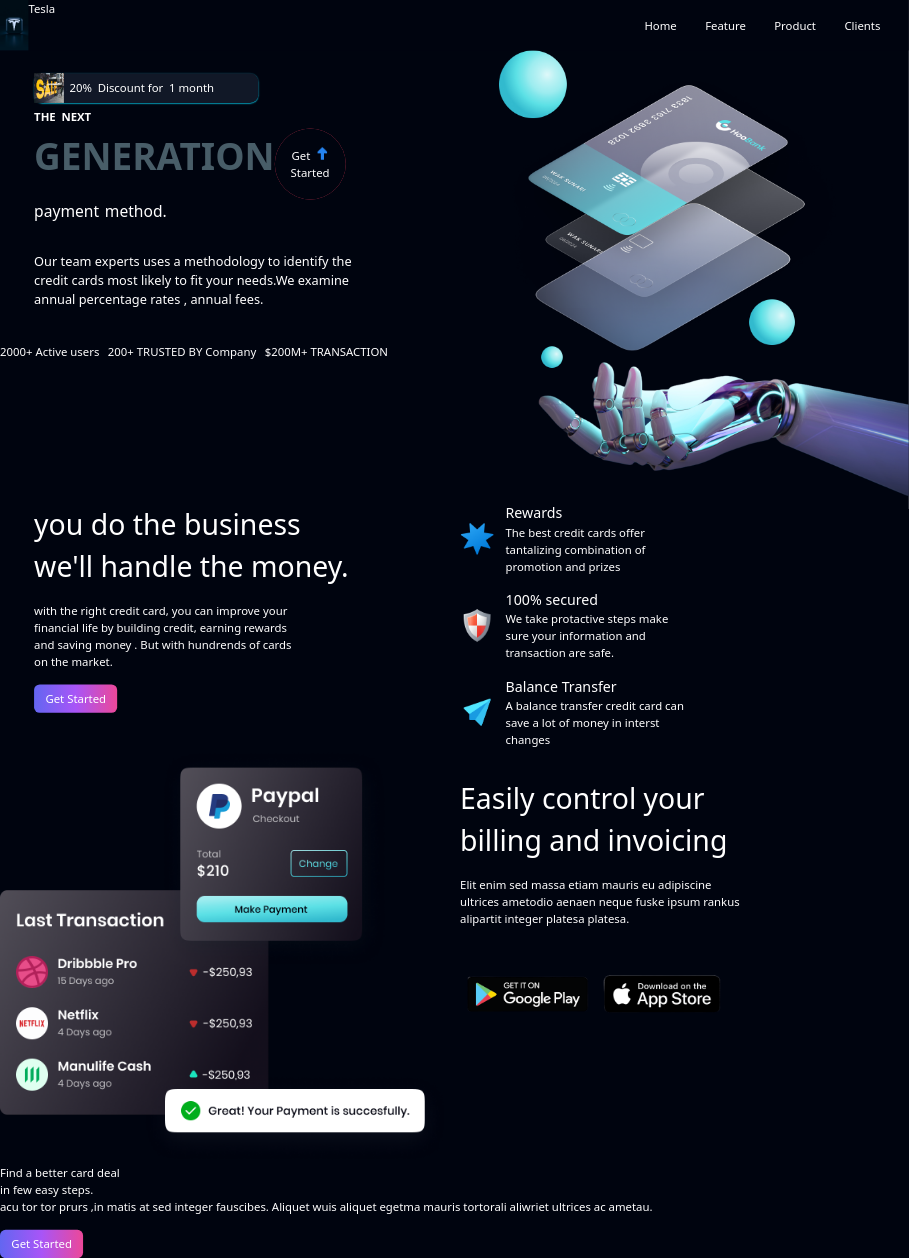
Repository: huuzey/nextjs-one-page
Page: /
These files come from the project's save history. The page is drawn as it stood at one moment and after the next save; the edit follows.
The browser window is 1280 px wide. The pictures show the whole page, at 71% of full size.
The project was rebuilt for these pictures with package versions that can differ from the ones it lists, and the page was loaded fresh each time. The framework's server and built-in components were replaced by stand-ins that run in the browser. Also part of the build but not shown: next.config.js.

Above is the page before, as saved 2022-12-17 13:45:33.

After the next save:
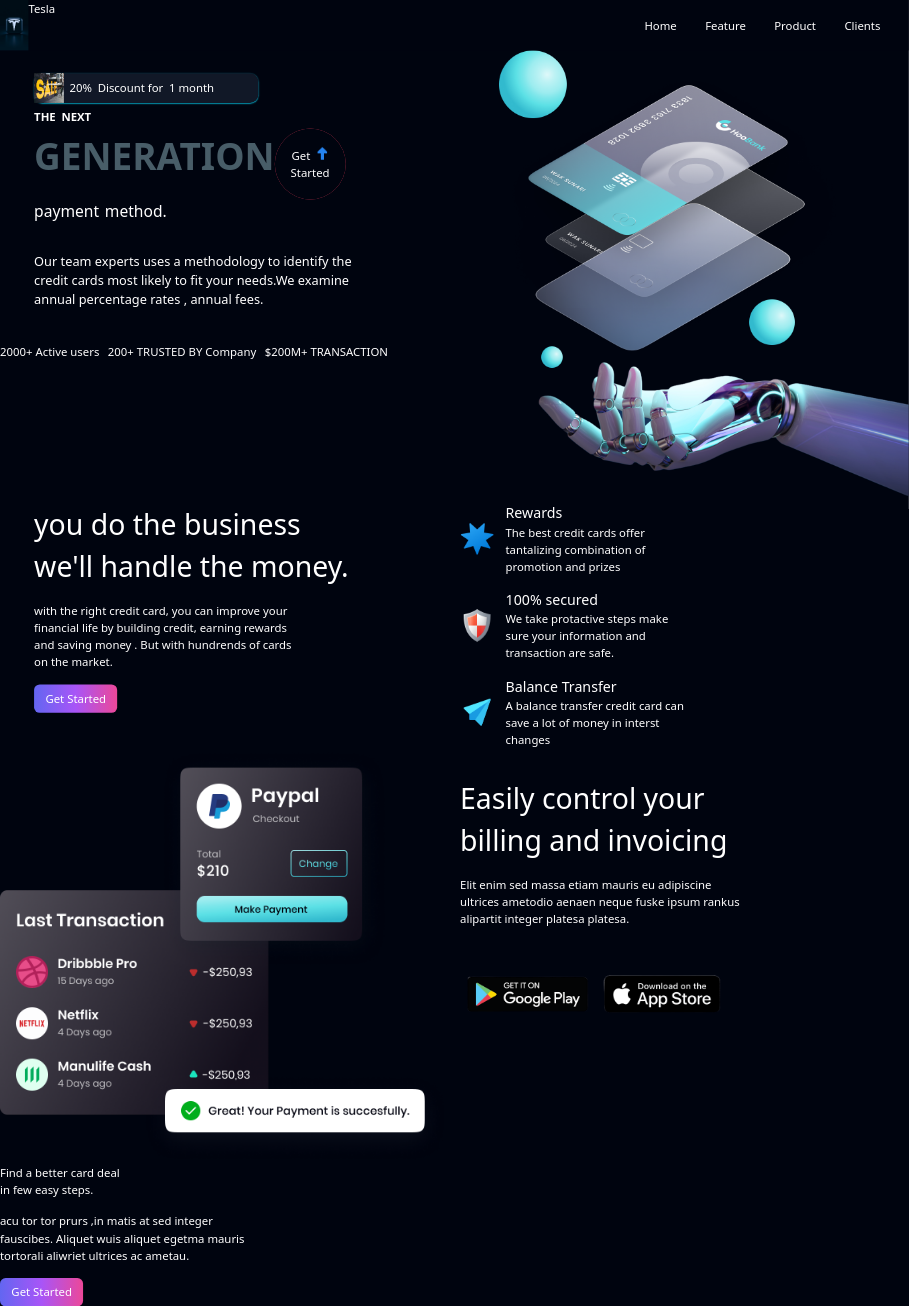
Saved 53 s later.
--- a/components/Cards.js
+++ b/components/Cards.js
@@ -8,7 +8,7 @@
           Find a better card deal
           <br /> in few easy steps.
         </h1>
-        <p>
+        <p className="max-w-[370px] mt-5">
           acu tor tor prurs ,in matis at sed integer fauscibes. Aliquet wuis
           aliquet egetma mauris tortorali aliwriet ultrices ac ametau.
         </p>
